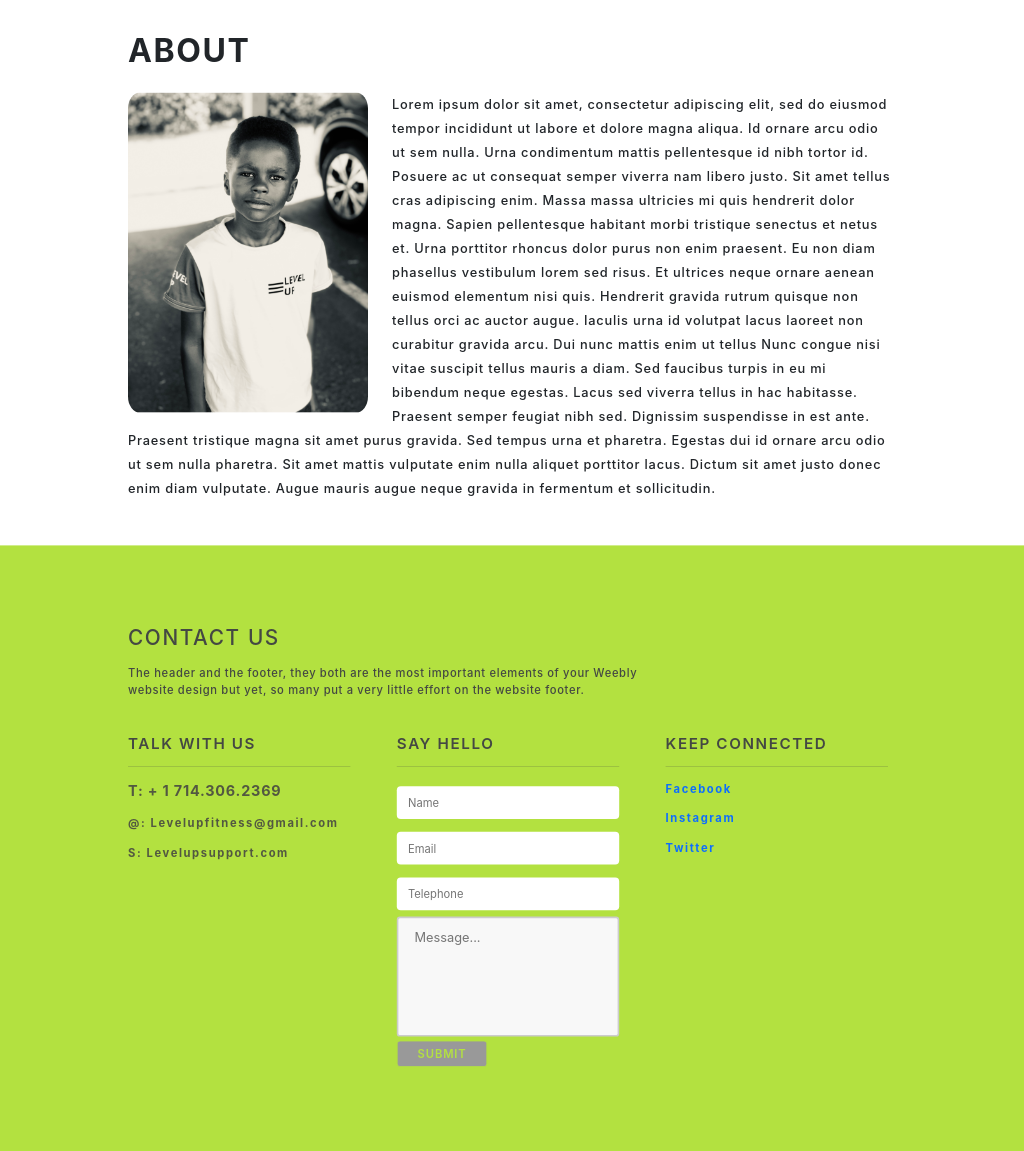
Repository: Bojurie/Level-up
Page: /about (app in client/)
An editor plug-in stored every save of this project. The page is shown before and after the next save, followed by the edit.
The browser window is 1280 px wide. The pictures show the part of the page from y = 346 to 1815 px (the page is 1785 px tall before and 1815 px after), at 80% of full size.
Some web fonts or font styles are not loaded; a fallback is used. Some web libraries are served in a nearby version. The project was rebuilt for these pictures with package versions that can differ from the ones it lists, and the page was loaded fresh each time. Also part of the build but not shown: client/src/components/Carousel.js, client/src/components/HomeVlog.css, client/src/components/HomeVlog.js, client/src/components/homeProducts.css, client/src/components/HomeProducts.js, client/src/components/Card.js, client/src/components/HomeShop.css, client/src/components/HomeShop.js and 10 more. Imported but missing from the stored project, and not drawn on this page: client/src/components/Chart.

Above is the page before, as saved 2022-11-30 04:15:32.

After the next save:
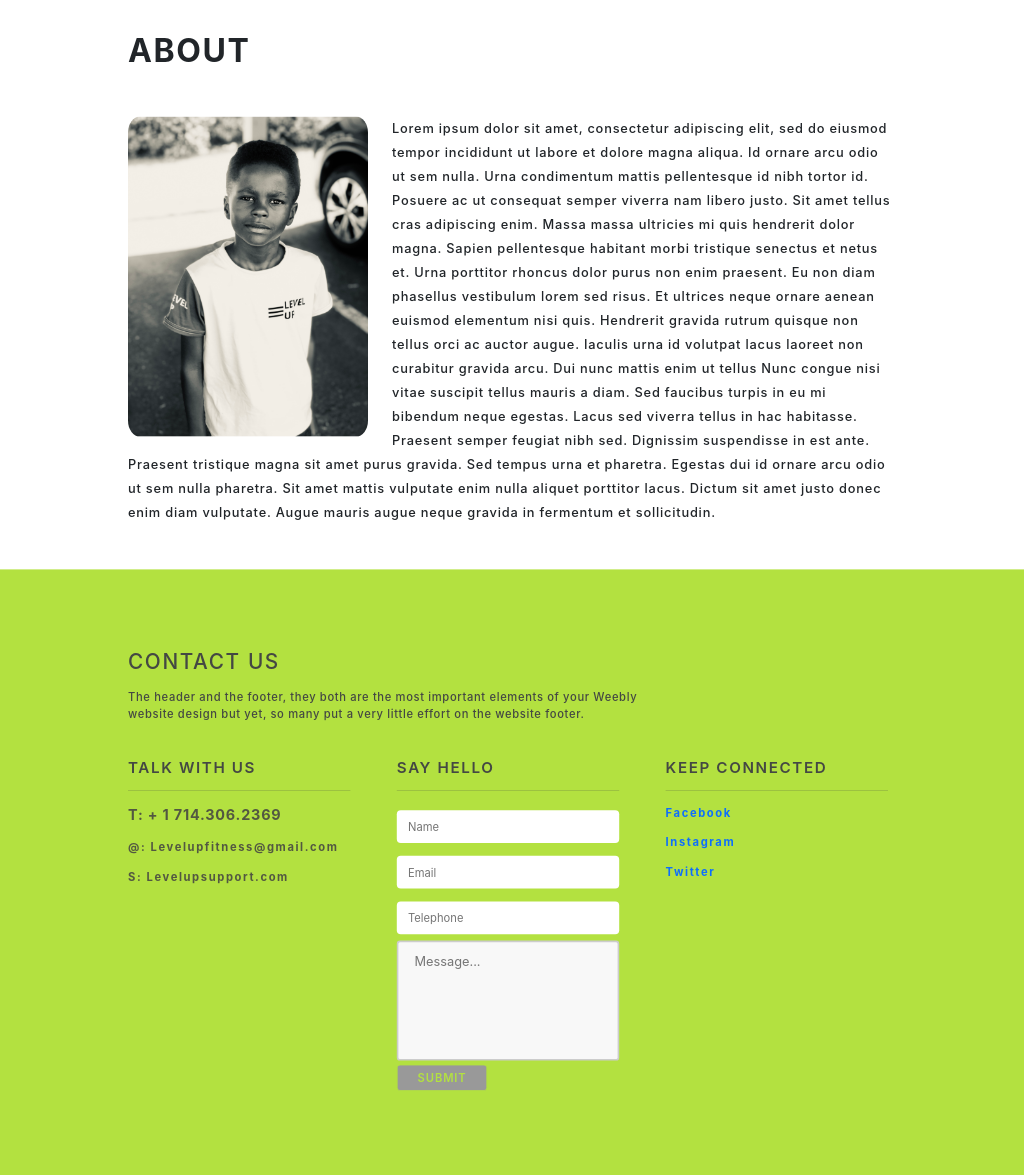
Saved 70 s later.
--- a/client/src/pages/About.css
+++ b/client/src/pages/About.css
@@ -1,7 +1,7 @@
 
 
 .aboutContainer h1 {
-  padding: 0 0 20px 0;
+  padding: 0 0 50px 0;
   text-transform: uppercase;
   font-weight: bold;
   letter-spacing: 2px;
